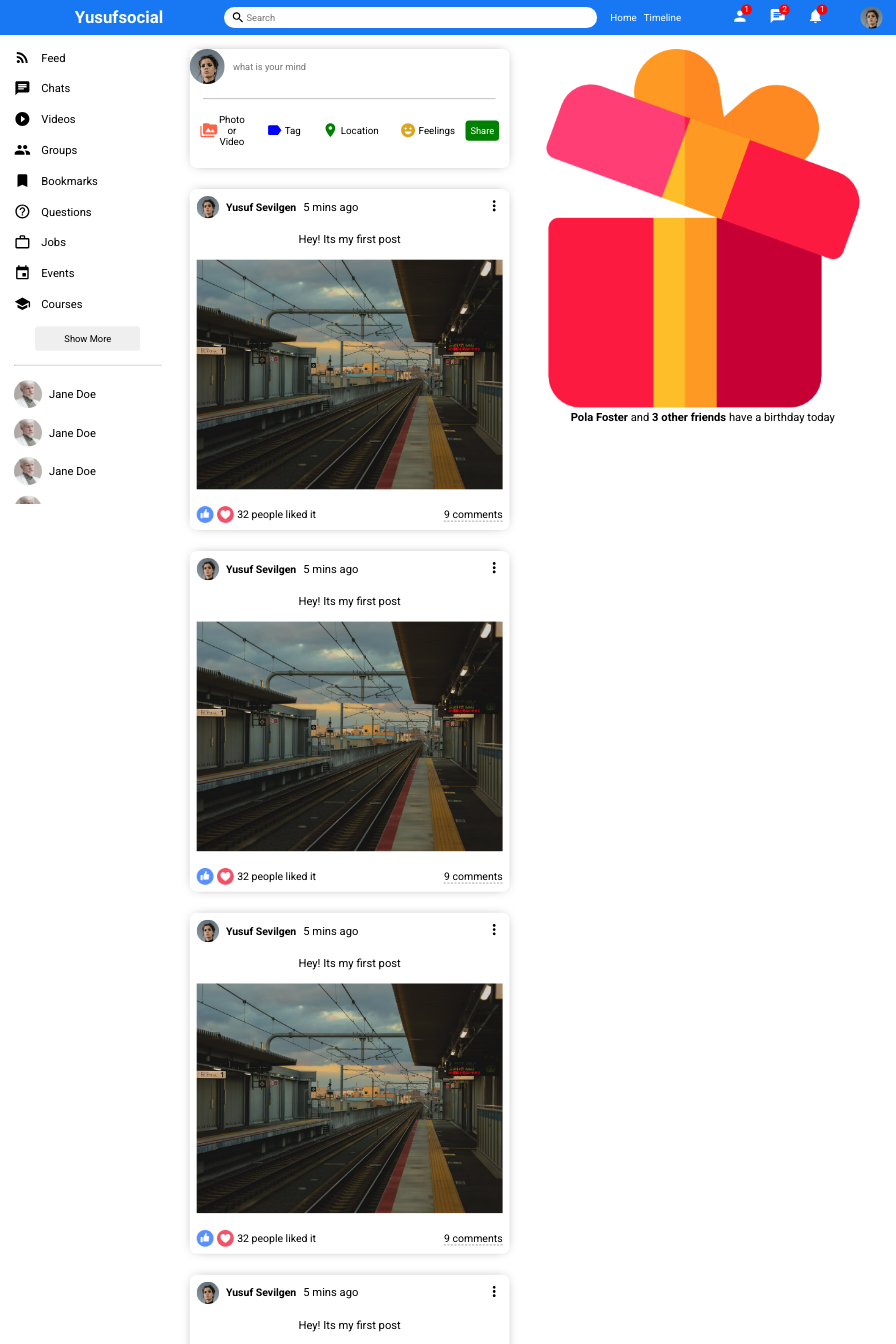
Repository: sevilgenysf/socialmediaapp
Page: /
An editor plug-in stored every save of this project. The page is shown before and after the next save, followed by the edit.
The browser window is 1280 px wide. The pictures show the part of the page from y = 0 to 1920 px (the page is 2875 px tall before and 3210 px after), at 70% of full size.
The project was rebuilt for these pictures with package versions that can differ from the ones it lists, and the page was loaded fresh each time.

Above is the page before, as saved 2022-02-17 10:56:55.

### public/index.html
<!DOCTYPE html>
<html lang="en">

<head>
	<meta charset="utf-8" />
	<meta name="viewport" content="width=device-width, initial-scale=1" />
	<meta name="description" content="Web site created using create-react-app" />
	<link href="https://fonts.googleapis.com/css2?family=Roboto:ital,wght@0,300;0,400;0,700;1,500&display=swap"
		rel="stylesheet">
	<link rel="stylesheet" href="style.css">
	<title>Social App</title>
</head>

<body>
	<noscript>You need to enable JavaScript to run this app.</noscript>
	<div id="root"></div>
</body>

</html>

### src/App.js
import React from 'react';
import Home from './pages/home/Home';
import './App.css';

function App() {
	return (
		<div className="App">
			<Home />
		</div>
	);
}

export default App;

### src/pages/home/Home.jsx
import React from 'react';
import Topbar from '../../components/topbar/Topbar';
import Sidebar from '../../components/sidebar/Sidebar';
import Feed from '../../components/feed/Feed';
import Rightbar from '../../components/rightbar/Rightbar';
import './home.css';

const Home = () => {
	return (
		<>
			<Topbar />
			<div className="homeContainer">
				<Sidebar />
				<Feed />
				<Rightbar />
			</div>
		</>
	);
};

export default Home;

### src/components/topbar/Topbar.jsx
import React from 'react';
import './topbar.css';
import { Search, Person, Chat, Notifications } from '@mui/icons-material';

const Topbar = () => {
	return (
		<div className="topbarContainer">
			<div className="topbarLeft">
				<span className="logo">Yusufsocial</span>
			</div>
			<div className="topbarCenter">
				<div className="searchbar">
					<Search className="searchIcon" />
					<input type="text" placeholder="Search" className="searchInput" />
				</div>
			</div>
			<div className="topbarRight">
				<div className="topbarLink">
					<span className="topbarLink">Home</span>
					<span className="topbarLink">Timeline</span>
				</div>
				<div className="topbarIcons">
					<div className="topbarIconItem">
						<Person />
						<span className="topbarIconBadge">1</span>
					</div>
					<div className="topbarIconItem">
						<Chat />
						<span className="topbarIconBadge">2</span>
					</div>
					<div className="topbarIconItem">
						<Notifications />
						<span className="topbarIconBadge">1</span>
					</div>
				</div>
				<img src="/assets/person/1.jpeg" alt="" className="topbarImg" />
			</div>
		</div>
	);
};

export default Topbar;

### src/components/sidebar/Sidebar.jsx
import React from 'react';
import './sidebar.css';
import {
	RssFeed,
	Chat,
	PlayCircleFilledOutlined,
	Group,
	Bookmark,
	HelpOutline,
	WorkOutline,
	Event,
	School
} from '@mui/icons-material';

const Sidebar = () => {
	return (
		<div className="sidebar">
			<div className="sidebarWrapper">
				<ul className="sidebarList">
					<li className="sidebarListItem">
						<RssFeed className="sidebarIcon" />
						<span className="sidebarListItemText">Feed</span>
					</li>
					<li className="sidebarListItem">
						<Chat className="sidebarIcon" />
						<span className="sidebarListItemText">Chats</span>
					</li>
					<li className="sidebarListItem">
						<PlayCircleFilledOutlined className="sidebarIcon" />
						<span className="sidebarListItemText">Videos</span>
					</li>
					<li className="sidebarListItem">
						<Group className="sidebarIcon" />
						<span className="sidebarListItemText">Groups</span>
					</li>
					<li className="sidebarListItem">
						<Bookmark className="sidebarIcon" />
						<span className="sidebarListItemText">Bookmarks</span>
					</li>
					<li className="sidebarListItem">
						<HelpOutline className="sidebarIcon" />
						<span className="sidebarListItemText">Questions</span>
					</li>
					<li className="sidebarListItem">
						<WorkOutline className="sidebarIcon" />
						<span className="sidebarListItemText">Jobs</span>
					</li>
					<li className="sidebarListItem">
						<Event className="sidebarIcon" />
						<span className="sidebarListItemText">Events</span>
					</li>
					<li className="sidebarListItem">
						<School className="sidebarIcon" />
						<span className="sidebarListItemText">Courses</span>
					</li>
				</ul>
				<button className="sidebarButton">Show More</button>
				<hr className="sidebarHr" />
				<ul className="sidebarFriendList">
					<li className="sidebarFriend">
						<img
							className="sidebarFriendImg"
							src="/assets/person/2.jpeg"
							alt=""
						/>
						<span className="sideBarFriendName">Jane Doe</span>
					</li>
					<li className="sidebarFriend">
						<img
							className="sidebarFriendImg"
							src="/assets/person/2.jpeg"
							alt=""
						/>
						<span className="sideBarFriendName">Jane Doe</span>
					</li>
					<li className="sidebarFriend">
						<img
							className="sidebarFriendImg"
							src="/assets/person/2.jpeg"
							alt=""
						/>
						<span className="sideBarFriendName">Jane Doe</span>
					</li>
					<li className="sidebarFriend">
						<img
							className="sidebarFriendImg"
							src="/assets/person/2.jpeg"
							alt=""
						/>
						<span className="sideBarFriendName">Jane Doe</span>
					</li>
					<li className="sidebarFriend">
						<img
							className="sidebarFriendImg"
							src="/assets/person/2.jpeg"
							alt=""
						/>
						<span className="sideBarFriendName">Jane Doe</span>
					</li>
					<li className="sidebarFriend">
						<img
							className="sidebarFriendImg"
							src="/assets/person/2.jpeg"
							alt=""
						/>
						<span className="sideBarFriendName">Jane Doe</span>
					</li>
					<li className="sidebarFriend">
						<img
							className="sidebarFriendImg"
							src="/assets/person/2.jpeg"
							alt=""
						/>
						<span className="sideBarFriendName">Jane Doe</span>
					</li>
					<li className="sidebarFriend">
						<img
							className="sidebarFriendImg"
							src="/assets/person/2.jpeg"
							alt=""
						/>
						<span className="sideBarFriendName">Jane Doe</span>
					</li>
					<li className="sidebarFriend">
						<img
							className="sidebarFriendImg"
							src="/assets/person/2.jpeg"
							alt=""
						/>
						<span className="sideBarFriendName">Jane Doe</span>
					</li>
					<li className="sidebarFriend">
						<img
							className="sidebarFriendImg"
							src="/assets/person/2.jpeg"
							alt=""
						/>
						<span className="sideBarFriendName">Jane Doe</span>
					</li>
					<li className="sidebarFriend">
						<img
							className="sidebarFriendImg"
							src="/assets/person/2.jpeg"
							alt=""
						/>
						<span className="sideBarFriendName">Jane Doe</span>
					</li>
				</ul>
			</div>
		</div>
	);
};

export default Sidebar;

### src/components/feed/Feed.jsx
import React from 'react';
import './feed.css';
import Share from '../../components/share/Share';
import Post from '../../components/post/Post';

const Feed = () => {
	return (
		<div className="feed">
			<div className="feedWrapper">
				<Share />
				<Post />
				<Post />
				<Post />
				<Post />
				<Post />
			</div>
		</div>
	);
};

export default Feed;

### src/components/rightbar/Rightbar.jsx
import React from 'react';
import './rightbar.css';

const Rightbar = () => {
	return (
		<div className="rightbar">
			<div className="rightbarWrapper">
				<div className="birthdayContainer">
					<img className="birthdayImg" src="assets/gift.png" alt="" />
					<span className="birthdayText">
						<b>Pola Foster</b> and <b>3 other friends</b> have a birthday today
					</span>
				</div>
			</div>
		</div>
	);
};

export default Rightbar;

### src/pages/home/home.css
.homeContainer {
	display: flex;
	width: 100%;
}

### src/components/topbar/topbar.css
.topbarContainer {
	height: 50px;
	width: 100%;
	background-color: #1877f2;
	display: flex;
	align-items: center;
	position: sticky;
	top: 0;
}

.topbarLeft {
	flex: 3;
}

.logo {
	font-size: 24px;
	margin-left: 20px;
	font-weight: bold;
	color: #fff;
	cursor: pointer;
}

.topbarCenter {
	flex: 5;
}

.searchbar {
	width: 100%;
	height: 30px;
	background-color: #fff;
	border-radius: 30px;
	display: flex;
	align-items: center;
}

.searchIcon {
	font-size: 20px !important;
	margin-left: 10px;
}


.searchInput {
	border: none;
	width: 70%;
}

.searchInput:focus {
	outline: none;
}

.topbarRight {
	display: flex;
	align-items: center;
	justify-content: space-around;
	flex: 4;
	color: #fff;
}

.topbarLink {
	margin-right: 10px;
	font-size: 14px;
	cursor: pointer;
}

.topbarIcons {
	display: flex;
}

.topbarIconItem {
	margin: 15px;
	cursor: pointer;
	position: relative;
}

.topbarIconBadge {
	width: 15px;
	height: 15px;
	background-color: red;
	border-radius: 50%;
	color: #fff;
	position: absolute;
	top: -5px;
	right: -5px;
	align-items: center;
	justify-content: center;
	font-size: 12px;
}

.topbarImg {
	width: 32px;
	height: 32px;
	border-radius: 50%;
	object-fit: cover;
	cursor: pointer;
}

### src/components/sidebar/sidebar.css
.sidebar {
	flex: 3;
	height: calc(100vh - 50px);
	overflow-y: scroll;
}

::-webkit-scrollbar {
	width: 5px;
}

::-webkit-scrollbar-track {
	background: #f1f1f1;
}

::-webkit-scrollbar-thumb {
	background-color: rgb(167, 160, 160);
}

.sidebarWrapper {
	padding: 20px;
}

.sidebarList {
	padding: 0;
	margin: 0;
	list-style: none;
}

.sidebarListItem {
	display: flex;
	align-items: center;
	margin-bottom: 20px;
}

.sidebarIcon {
	margin-right: 15px;
}

.sidebarButton {
	width: 150px;
	border: none;
	padding: 10px;
	border-radius: 5px;
	font-weight: 500;
}

.sidebarHr {
	margin: 20px 0;
	border-top: 1px solid #ccc;
}

.sidebarFriendList {
	padding: 0;
	margin: 0;
	list-style: none;
}

.sidebarFriend {
	display: flex;
	align-items: center;
	margin-bottom: 15px;
}

.sidebarFriendImg {
	width: 40px;
	height: 40px;
	border-radius: 50%;
	object-fit: cover;
	margin-right: 10px;
}

### src/components/feed/feed.css
.feed {
	flex: 5.5;
}

.feedWrapper {
	padding: 20px;
}

### src/components/share/Share.jsx
import React from 'react';
import './share.css';
import { PermMedia, Label, Room, EmojiEmotions } from '@mui/icons-material';

const Share = () => {
	return (
		<div className="share">
			<div className="containerWrapper">
				<div className="shareTop">
					<img className="shareProfileImg" src="/assets/person/1.jpeg" alt="" />
					<input
						className="shareInput"
						type="text"
						placeholder="what is your mind"
					/>
				</div>
				<hr className="shareHr" />
				<div className="shareBottom">
					<div className="shareOptions">
						<div className="shareOption">
							<PermMedia htmlColor="tomato" className="shareIcon" />
							<span className="shareOptionText">Photo or Video</span>
						</div>
					</div>
					<div className="shareOptions">
						<div className="shareOption">
							<Label htmlColor="blue" className="shareIcon" />
							<span className="shareOptionText">Tag</span>
						</div>
					</div>
					<div className="shareOptions">
						<div className="shareOption">
							<Room htmlColor="green" className="shareIcon" />
							<span className="shareOptionText">Location</span>
						</div>
					</div>
					<div className="shareOptions">
						<div className="shareOption">
							<EmojiEmotions htmlColor="goldenrod" className="shareIcon" />
							<span className="shareOptionText">Feelings</span>
						</div>
					</div>
					<button className="shareButton">Share</button>
				</div>
			</div>
		</div>
	);
};

export default Share;

### src/components/post/Post.jsx
import React from 'react';
import './post.css';
import { MoreVert } from '@mui/icons-material';

const Post = () => {
	return (
		<div className="post">
			<div className="postWrapper">
				<div className="postTop">
					<div className="postTopLeft">
						<img
							className="postProfileImg"
							src="/assets/person/1.jpeg"
							alt=""
						/>
						<span className="postUserName">Yusuf Sevilgen</span>
						<span className="postData">5 mins ago</span>
					</div>
					<div className="postTopRight">
						<MoreVert />
					</div>
				</div>
				<div className="postCenter">
					<span className="postText">Hey! Its my first post</span>
					<img className="postImg" src="assets/post/1.jpeg" alt="" />
				</div>
				<div className="postBottom">
					<div className="postBottomLeft">
						<img className="likeIcon" src="assets/like.png" alt="" />
						<img className="likeIcon" src="assets/heart.png" alt="" />
						<span className="postLikeCounter">32 people liked it</span>
					</div>
					<div className="postBottomRight">
						<span className="postCommentText">9 comments</span>
					</div>
				</div>
			</div>
		</div>
	);
};

export default Post;

### src/components/rightbar/rightbar.css
.rightbar {
	flex: 3.5;
}

.rightbarWrapper {
	padding: 20px 20px 0 0;
}

### src/components/share/share.css
.share {
	width: 100%;
	height: 170px;
	border-radius: 10px;
	-webkit-box-shadow: 0px 0px 16px -8px rgba(0,0,0,0.75);
	box-shadow: 0px 0px 16px -8px rgba(0,0,0,0.68);
}

.shareWrapper {
	padding: 10px;
}

.shareTop {
	display: flex;
	align-items: center;
}

.shareProfileImg {
	width: 50px;
	height: 50px;
	border-radius: 50%;
	object-fit: cover;
	margin-right: 10px;
}

.shareInput {
	border: none;
	width: 80%;
}

.shareInput:focus {
	outline: none;
}

.shareHr {
	margin: 20px;
}

.shareBottom {
	display: flex;
	align-items: center;
	justify-content: space-between;
}

.shareOptions {
	display: flex;
	margin-left: 15px;
}

.shareOption {
	display: flex;
	align-items: center;
	margin-right: 15px;
	cursor: pointer;
}

.shareIcon {
	font-size: 18px;
	margin-right: 3px;
}

.shareOptionText {
	font-size: 14px;
}

.shareButton {
	border: none;
	padding: 7px;
	border-radius: 5px;
	background-color: green;
	font-weight: 500;
	margin-right: 15px;
	color: #fff;
}

### src/components/post/post.css
.post {
	width: 100%;
	border-radius: 10px;
	-webkit-box-shadow: 0px 0px 16px -8px rgba(0,0,0,0.75);
	box-shadow: 0px 0px 16px -8px rgba(0,0,0,0.68);
	margin: 30px 0px;
}

.postWrapper {
	padding: 10px;
}

.postTop {
	display: flex;
	align-items: center;
	justify-content: space-between;
}

.postTopLeft {
	display: flex;
	align-items: center;
}

.postProfileImg {
	width: 32px;
	height: 32px;
	border-radius: 50%;
	object-fit: cover;
}

.postUserName {
	font-size: 15px;
	font-weight: 600;
	margin: 0 10px;
}

.postDate {
	font-size: 12px;
	color: #8e8e8e;
}

.postCenter {
	margin: 20px 0;

}

.postImg {
	margin-top: 20px;
	width: 100%;
	max-height: 500px;
	object-fit: contain;
}

.postBottom {
	display: flex;
	align-items: center;
	justify-content: space-between;
}

.postBottomLeft {
	display: flex;
	align-items: center;
}

.likeIcon {
	width: 24px;
	height: 24px;
	margin-right: 5px;
	cursor: pointer;
}

.postLikeCounter {
	font-size: 15px;
}

.postCommentText {
	cursor: pointer;
	border-bottom: 1px dashed gray;
	font-size: 15px;
}

### public/style.css
* {
	margin: 0;
	font-family: 'Roboto', sans-serif ;
}

Loaded but not shown: src/index.js (common file); src/index.css (common file); src/App.css (common file)

After the next save:
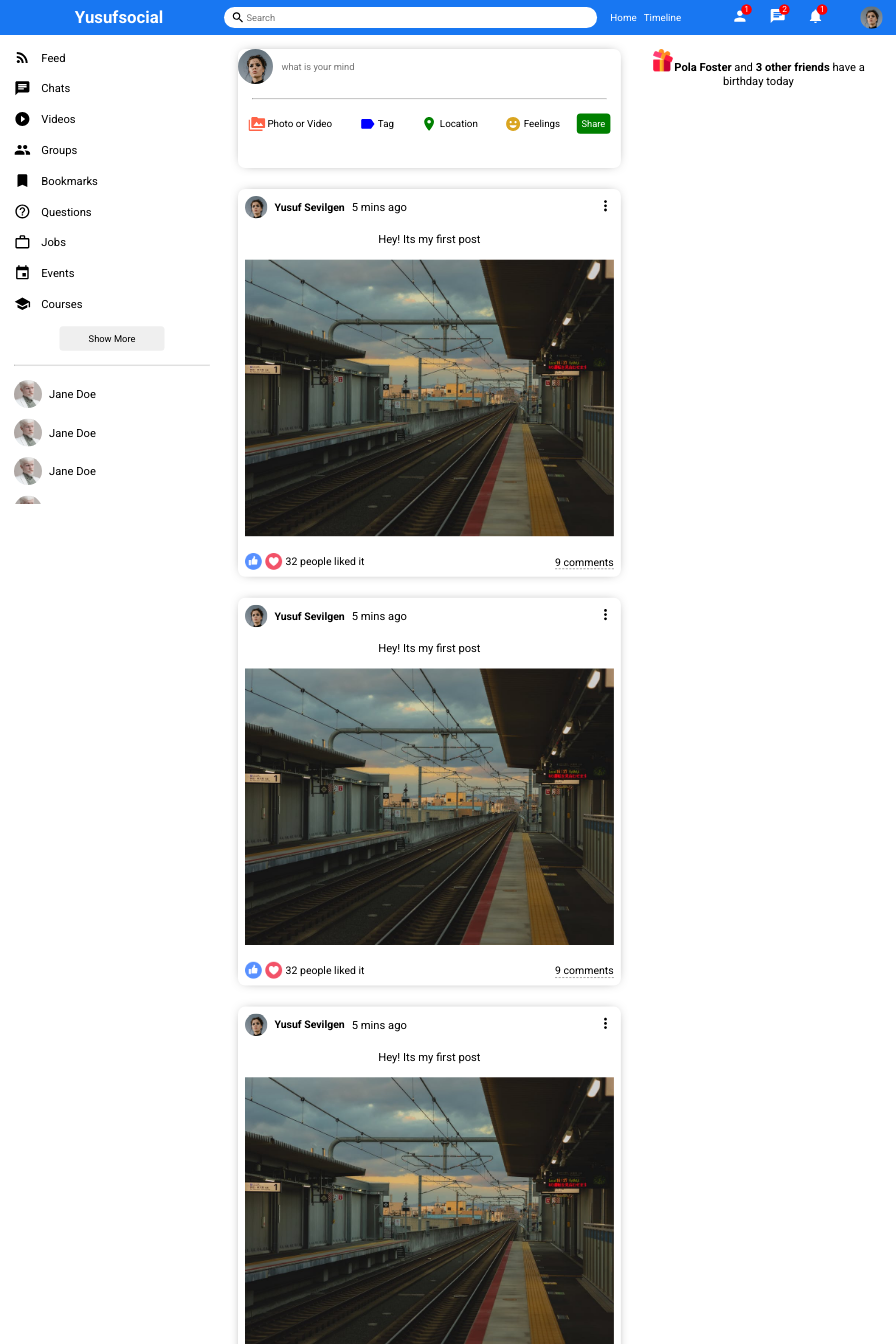
Saved 31 s later.
--- a/src/components/rightbar/rightbar.css
+++ b/src/components/rightbar/rightbar.css
@@ -5,3 +5,8 @@
 .rightbarWrapper {
 	padding: 20px 20px 0 0;
 }
+
+.birthdayImg {
+	width: 32px;
+	height: 32px;
+}
